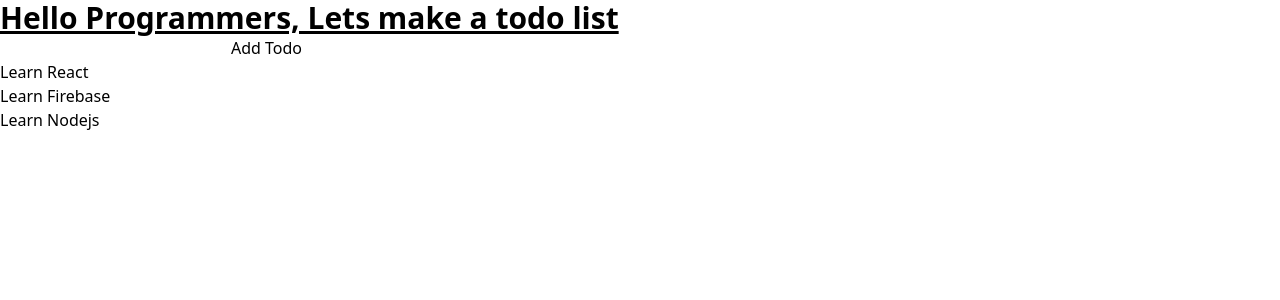
Repository: Shamraiz761/todo_list
Page: /
An editor plug-in stored every save of this project. The page is shown before and after a run of saves, followed by the edit.
The browser window is 1280 px wide. The pictures show the whole page.
The project was rebuilt for these pictures with package versions that can differ from the ones it lists, and the page was loaded fresh each time. Also part of the build but not shown: vite.config.js.

Above is the page before, as saved 2024-01-11 22:26:09.

### src/App.jsx
import { useState } from "react";


function App() {
  const [todo, setTodo] = useState([
    "Learn React",
    "Learn Firebase",
    "Learn Nodejs",
  ]);
  const [input, setInput] = useState("");
  const addTodo = (e) => {
    e.preventDefault();
    setTodo([...todo, input]);
    setInput("");
  };

  return (
    <div >
      <h1 className="text-3xl font-bold underline">Hello Programmers, Lets make a todo list</h1>
      <form>
        <input
          type="text"
          value={input}
          onChange={(e) => {
            setInput(e.target.value);
          }}
        />
        <button onClick={addTodo}>Add Todo</button>
      </form>
      <ul>
        {todo.map((item , index) => {
          return <li key={index}>{item}</li>;
        })}
      </ul>
    </div>
  );
}

export default App;

### tailwind.config.js
/** @type {import('tailwindcss').Config} */
export default {
  content: [
    "./src/**/*.{js,jsx}"
  ],
  theme: {
    extend: {},
  },
  plugins: [],
}

Loaded but not shown: index.html (common file); src/main.jsx (common file); src/index.css (common file)

After the next 4 saves:
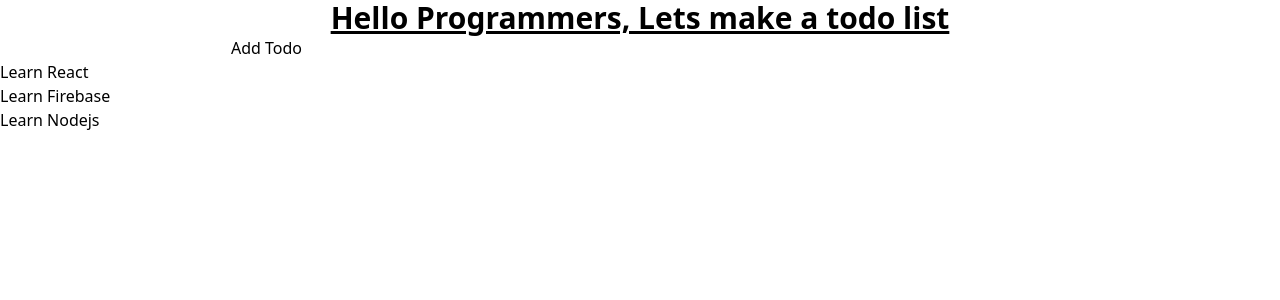
The 4 saves are shown as one change because they came seconds apart.
The last was saved 30 s later.
--- a/src/App.jsx
+++ b/src/App.jsx
@@ -16,7 +16,7 @@ function App() {
 
   return (
     <div >
-      <h1 className="text-3xl font-bold underline">Hello Programmers, Lets make a todo list</h1>
+      <h1 className="text-3xl font-bold underline text-center">Hello Programmers, Lets make a todo list</h1>
       <form>
         <input
           type="text"
